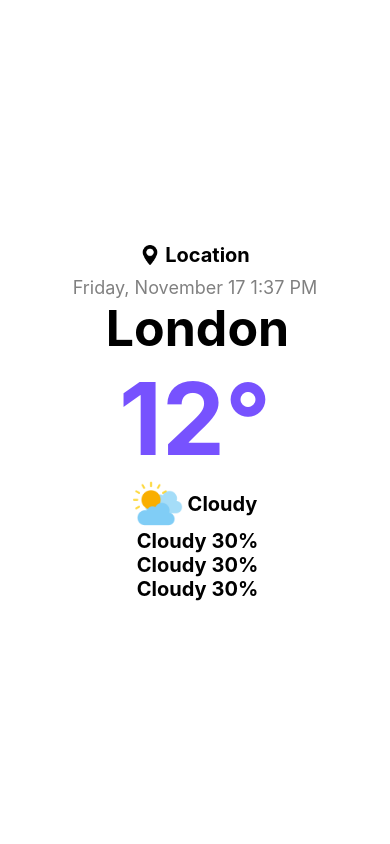
Repository: praveen080/react-native-weatherAppV1
Screen: /
These files come from the project's save history. The screen is drawn as it stood at one moment and after the next save; the edit follows.
The app was drawn by React Native's web renderer in a window 390 px wide. The project was rebuilt for these pictures with package versions that can differ from the ones it lists, and the page was loaded fresh each time. Also part of the build but not shown: Screens/startUp.js.

Above is the screen before, as saved 2023-11-17 13:47:07.

After the next save:
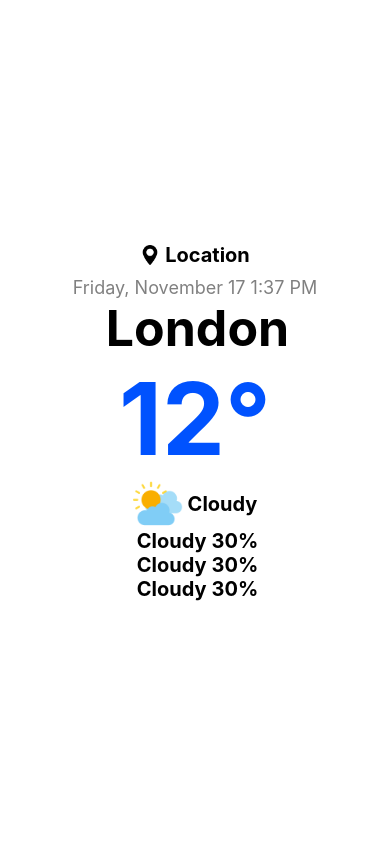
Saved 56 s later.
--- a/Screens/Home.js
+++ b/Screens/Home.js
@@ -103,7 +103,7 @@ export const styles = StyleSheet.create({
     fontSize: 100,
     // marginRight: 10,
     fontWeight: "bold",
-    color: "#7752FE",
+    color: "#0052FE",
   },
   logo: {
     width: 100,
